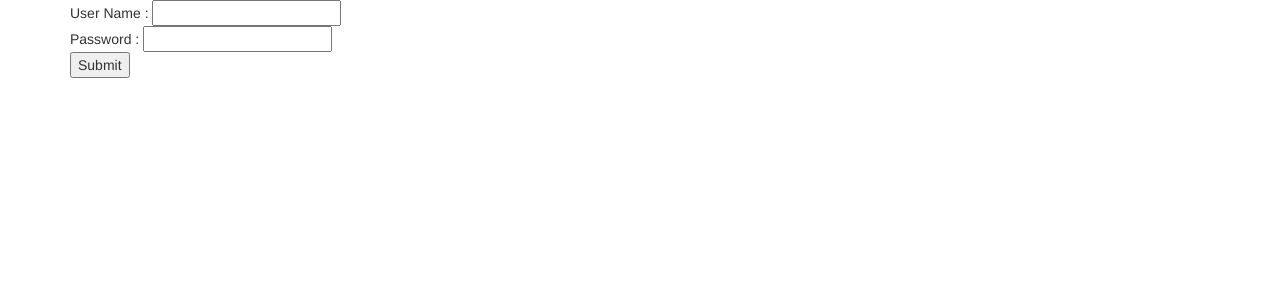
Repository: ahpraveen/springbootdemo
Page: demo/src/main/resources/static/login.html
An editor plug-in stored every save of this project. The page is shown before and after the next save, followed by the edit.
The browser window is 1280 px wide. The pictures show the whole page.
Some web libraries are served in a nearby version.

Above is the page before, as saved 2018-01-22 00:49:01.

### demo/src/main/resources/static/login.html
<!DOCTYPE html>
<html>
<head>
<title>Login to Rewards+</title>
<meta charset="utf-8">
<meta name="viewport" content="width=device-width, initial-scale=1">
<link rel="stylesheet" href="https://maxcdn.bootstrapcdn.com/bootstrap/3.3.7/css/bootstrap.min.css">
<script src="https://ajax.googleapis.com/ajax/libs/jquery/3.2.1/jquery.min.js"></script>
<script src="https://maxcdn.bootstrapcdn.com/bootstrap/3.3.7/js/bootstrap.min.js"></script>
</head>
<body>
<div class="container">
<form>
User Name	: <input type="text" name="username"><br>
Password	: <input type="text" name="password"><br>
<input type="Submit" value="Submit">
</form>
</div>
</body>
</html>

After the next save:
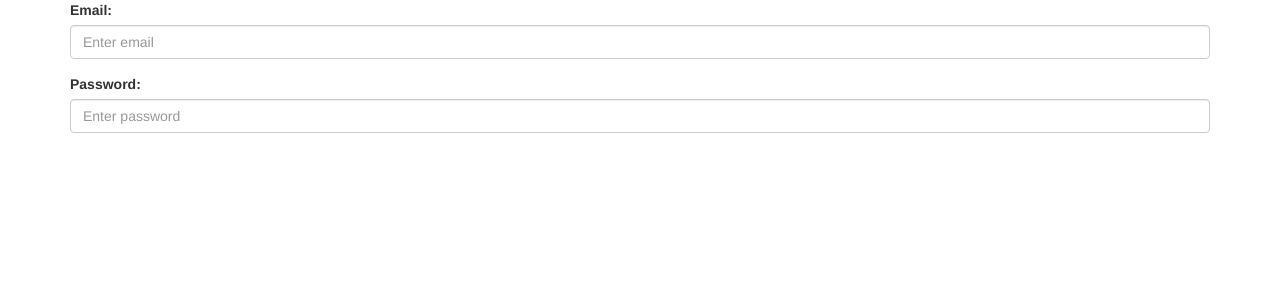
Saved 74 s later.
--- a/demo/src/main/resources/static/login.html
+++ b/demo/src/main/resources/static/login.html
@@ -11,9 +11,14 @@
 <body>
 <div class="container">
 <form>
-User Name	: <input type="text" name="username"><br>
-Password	: <input type="text" name="password"><br>
-<input type="Submit" value="Submit">
+<div class="form-group">
+      <label for="email">Email:</label>
+      <input type="email" class="form-control" id="email" placeholder="Enter email" name="email">
+    </div>
+    <div class="form-group">
+      <label for="pwd">Password:</label>
+      <input type="password" class="form-control" id="pwd" placeholder="Enter password" name="pwd">
+    </div>
 </form>
 </div>
 </body>
